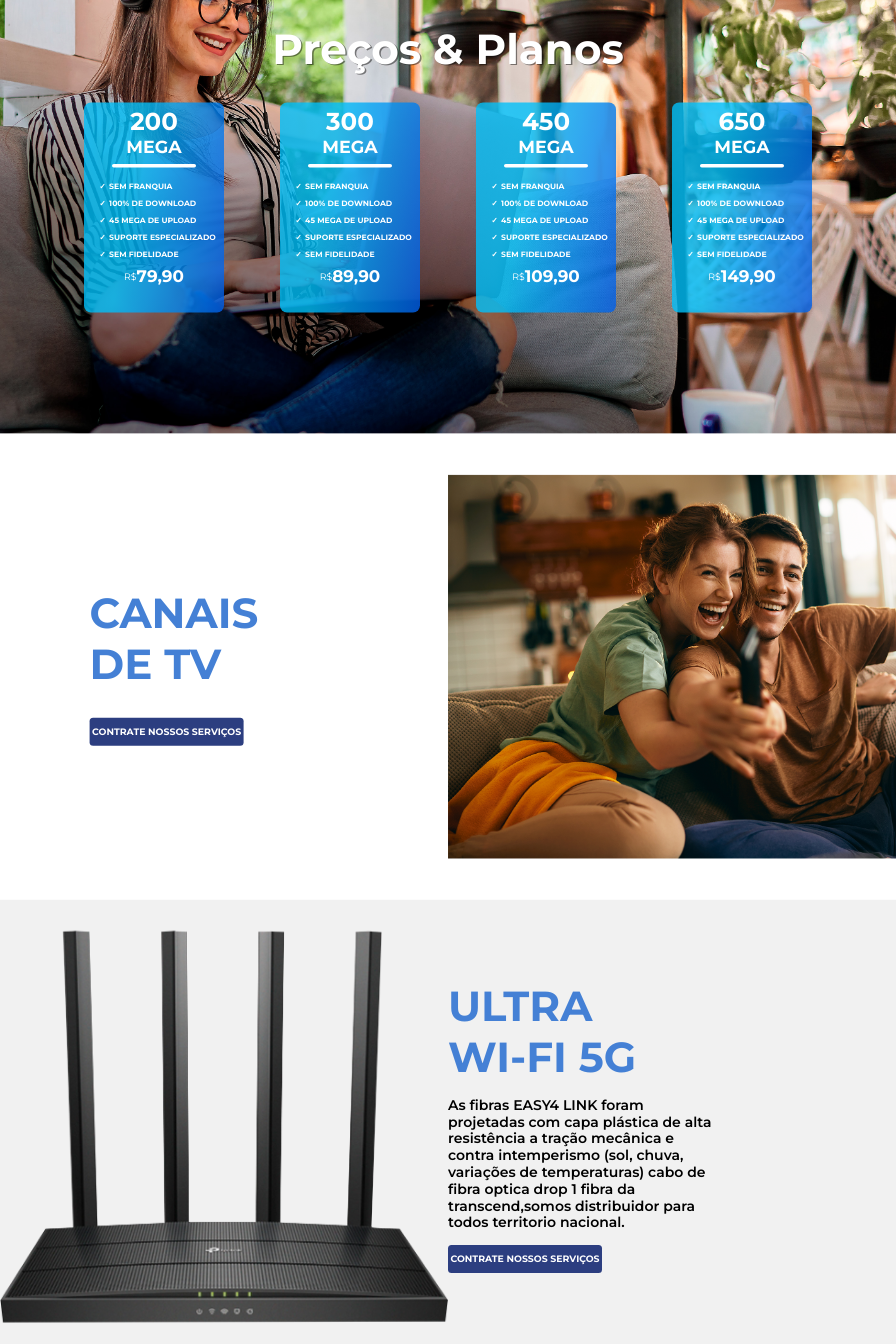
Repository: mateus-henrique-silva/WorkBandaLarga
Page: site_work/src/Pages/campos.html
The author's editor kept a copy of each file at every save. The page is drawn from the files as they stood at one save, then again after a run of saves.
The browser window is 1280 px wide. The pictures show the part of the page from y = 1078 to 2998 px (the page is 5184 px tall), at 70% of full size.
Backgrounds fixed to the window are drawn as part of the page. Some web fonts or font styles are not loaded; a fallback is used.

Above is the page before, as saved 2022-09-21 08:17:47.

After the next 2 saves:
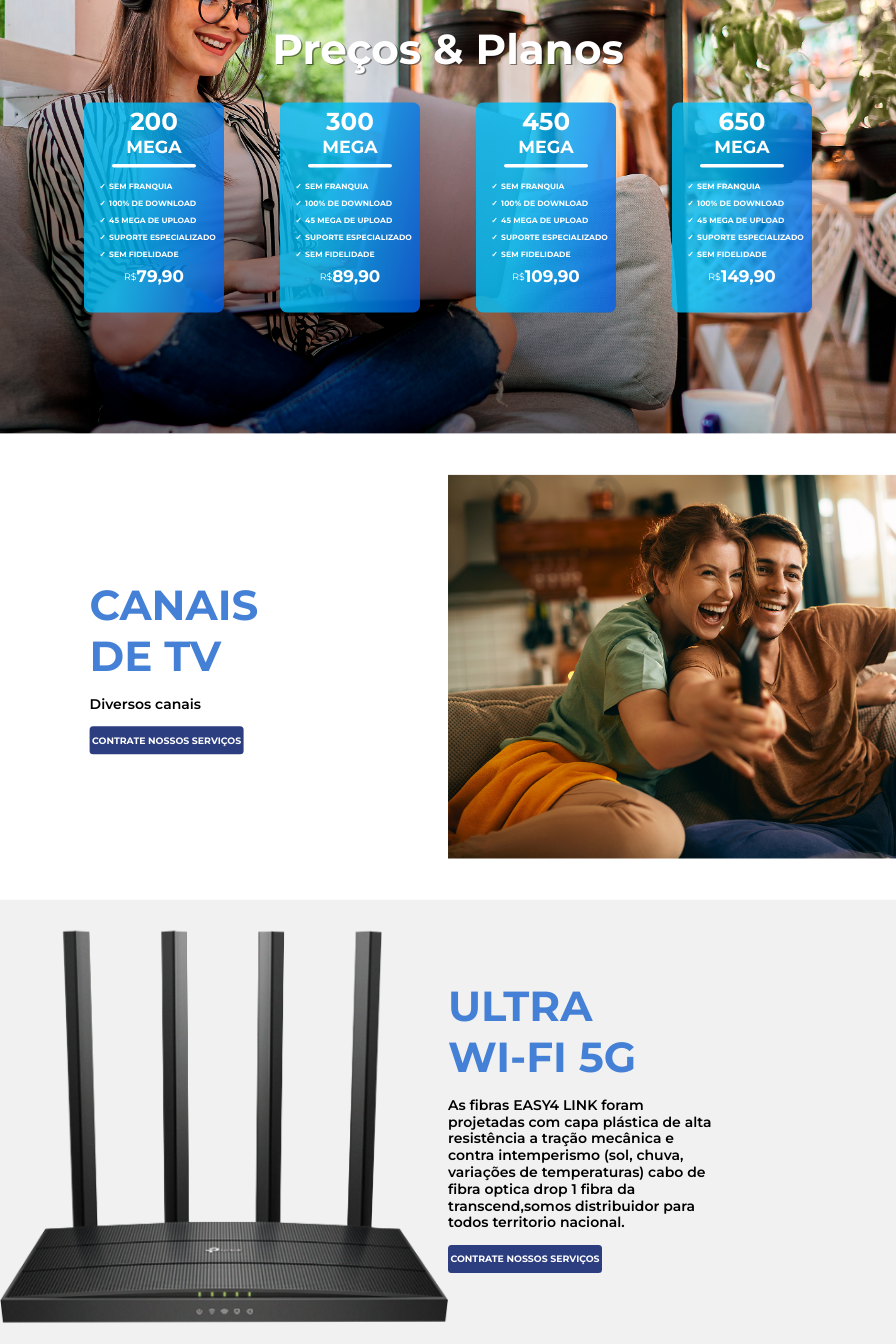
The 2 saves are shown as one change because they came seconds apart.
The last was saved 9 s later.
--- a/site_work/src/Pages/campos.html
+++ b/site_work/src/Pages/campos.html
@@ -420,7 +420,7 @@
           <div class="ajust-two" >
             <h2>CANAIS <br> DE TV</h2>
             <p >
-
+              Diversos canais
             </p>
             <button onclick="onClickLink()" class="btn-king">
               Contrate nossos serviços
